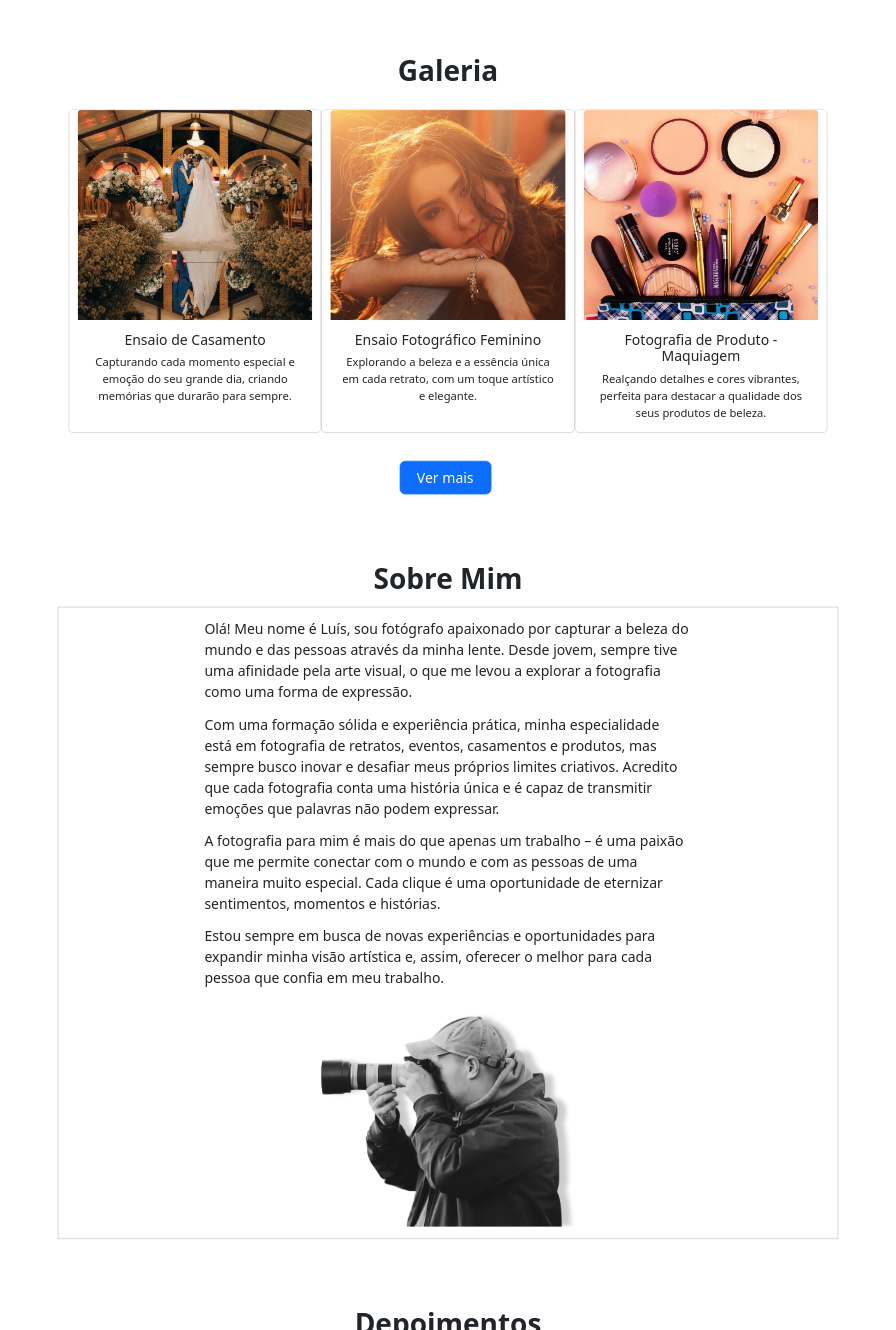
Repository: Marinalr-25/portifolio-fotografia
Page: index.html
These files come from the project's save history. The page is drawn as it stood at one moment and after the next save; the edit follows.
The browser window is 1280 px wide. The pictures show the part of the page from y = 556 to 2456 px (the page is 2825 px tall before and 3287 px after), at 70% of full size.
A picture or video elsewhere on the page could not be fetched, so the positions and the page height are approximate.

Above is the page before, as saved 2025-01-19 21:27:20.

### index.html
<!DOCTYPE html>
<html lang="pt-BR" data-bs-theme="dark">
  <head>
    <meta charset="utf-8" />
    <meta name="viewport" content="width=device-width, initial-scale=1" />
    <title>Portifolio Fotográfia</title>
    <link
      href="https://cdn.jsdelivr.net/npm/bootstrap@5.3.3/dist/css/bootstrap.min.css"
      rel="stylesheet"
      integrity="sha384-QWTKZyjpPEjISv5WaRU9OFeRpok6YctnYmDr5pNlyT2bRjXh0JMhjY6hW+ALEwIH"
      crossorigin="anonymous"
    />
    <!-- Bootstrap Icons -->
    <link
      href="https://cdn.jsdelivr.net/npm/bootstrap-icons/font/bootstrap-icons.css"
      rel="stylesheet"
    />
    <link rel="stylesheet" href="css/style.css" />
  </head>
  <body>
    <!-- Header -->
    <div class="container">
      <header
        class="d-flex flex-wrap justify-content-center py-3 mb-4 border-bottom fixed-top header header-light"
      >
        <a
          href="/"
          class="d-flex align-items-center mb-3 mb-md-0 me-md-auto link-body-emphasis text-decoration-none"
        >
          <svg
            xmlns="http://www.w3.org/2000/svg"
            width="40"
            height="32"
            class="d-block m-4 my-1 m"
            viewBox="0 0 118 94"
            role="img"
          >
            <title>Bootstrap</title>
            <path
              fill-rule="evenodd"
              clip-rule="evenodd"
              d="M24.509 0c-6.733 0-11.715 5.893-11.492 12.284.214 6.14-.064 14.092-2.066 20.577C8.943 39.365 5.547 43.485 0 44.014v5.972c5.547.529 8.943 4.649 10.951 11.153 2.002 6.485 2.28 14.437 2.066 20.577C12.794 88.106 17.776 94 24.51 94H93.5c6.733 0 11.714-5.893 11.491-12.284-.214-6.14.064-14.092 2.066-20.577 2.009-6.504 5.396-10.624 10.943-11.153v-5.972c-5.547-.529-8.934-4.649-10.943-11.153-2.002-6.484-2.28-14.437-2.066-20.577C105.214 5.894 100.233 0 93.5 0H24.508zM80 57.863C80 66.663 73.436 72 62.543 72H44a2 2 0 01-2-2V24a2 2 0 012-2h18.437c9.083 0 15.044 4.92 15.044 12.474 0 5.302-4.01 10.049-9.119 10.88v.277C75.317 46.394 80 51.21 80 57.863zM60.521 28.34H49.948v14.934h8.905c6.884 0 10.68-2.772 10.68-7.727 0-4.643-3.264-7.207-9.012-7.207zM49.948 49.2v16.458H60.91c7.167 0 10.964-2.876 10.964-8.281 0-5.406-3.903-8.178-11.425-8.178H49.948z"
              fill="currentColor"
            ></path>
          </svg>
          <span class="fs-4">Fotográfo Bootstrap</span>
        </a>

        <ul class="nav nav-pills">
          <li class="nav-item">
            <a href="#home" class="nav-link active" aria-current="page">Home</a>
          </li>
          <li class="nav-item">
            <a href="#galeria" class="nav-link">Galeria</a>
          </li>
          <li class="nav-item">
            <a href="#sobre" class="nav-link">Sobre mim</a>
          </li>
          <li class="nav-item">
            <a href="#servicos" class="nav-link">Serviços</a>
          </li>
          <li class="nav-item">
            <a href="#contato" class="nav-link">Contato</a>
          </li>
          <button id="toggleThemeBtn" class="btn btn-light me-3">
            <i id="themeIcon" class="bi bi-brightness-high"></i>
          </button>
        </ul>
      </header>
    </div>

    <!-- Hero -->
    <div id="home" class="container col-xxl-8 px-4 py-5">
      <div class="row flex-lg-row-reverse align-items-center g-5 py-5">
        <div class="col-10 col-sm-8 col-lg-6">
          <img
            src="src/fotografiaHero.jpg"
            class="d-block mx-lg-auto img-fluid img-hero"
            alt="Bootstrap Themes"
            width="700"
            height="500"
            loading="lazy"
          />
        </div>
        <div class="col-lg-6">
          <h1 class="fw-bold text-body-emphasis lh-1 mb-3">
            Capturando Momentos, Criando Memórias
          </h1>
          <p class="lead">
            Com uma abordagem única e criativa, busco capturar a essência de
            cada cena e emoção. Meu trabalho é uma mistura de técnica, paixão e
            sensibilidade. Através da minha lente, tento criar imagens que falam
            por si mesmas.
          </p>
          <div class="d-grid gap-2 d-md-flex justify-content-md-start">
            <button type="button" class="btn btn-primary btn-lg px-4 me-md-2">
              Veja meu trabalho
            </button>
            <button type="button" class="btn btn-outline-secondary btn-lg px-4">
              Entre em Contato
            </button>
          </div>
        </div>
      </div>
    </div>

    <!-- Galeria -->
    <div id="galeria" class="container col-xxl-8 px-4 py-5 p-4 text-center">
      <h1 class="fw-bold mb-3">Galeria</h1>
      <div class="row p-3">
        <div class="card col-lg-4 col-12 mb-4">
          <img
            src="src/casamento.webp"
            class="card-img-top"
            alt="ensaio fotografico de casamento"
          />
          <div class="card-body">
            <h5 class="card-title">Ensaio de Casamento</h5>
            <p class="card-text">
              Capturando cada momento especial e emoção do seu grande dia,
              criando memórias que durarão para sempre.
            </p>
          </div>
        </div>
        <div class="card col-lg-4 col-12 mb-4">
          <img
            src="src/ensaiofotografico.jpeg"
            class="card-img-top"
            alt="ensaio fotografico de uma mulher"
          />
          <div class="card-body">
            <h5 class="card-title">Ensaio Fotográfico Feminino</h5>
            <p class="card-text">
              Explorando a beleza e a essência única em cada retrato, com um
              toque artístico e elegante.
            </p>
          </div>
        </div>
        <div class="card col-lg-4 col-12 mb-4">
          <img
            src="src/maquiagem.jpg"
            class="card-img-top"
            alt="ensaio fotografico de produto (maquiagem)"
          />
          <div class="card-body">
            <h5 class="card-title">Fotografia de Produto - Maquiagem</h5>
            <p class="card-text">
              Realçando detalhes e cores vibrantes, perfeita para destacar a
              qualidade dos seus produtos de beleza.
            </p>
          </div>
        </div>
      </div>
      <button type="button" class="btn btn-primary btn-lg px-4 me-md-2">
        Ver mais
      </button>
    </div>

    <!-- Sobre mim -->
    <div id="sobre" class="container px-4 py-5">
      <div class="row justify-content-center align-items-center">
        <h1 class="fw-bold mb-3 text-center">Sobre Mim</h1>
        <div
          class="row p-3 gap-3 border border-2 d-flex justify-content-center align-items-center"
        >
          <div class="col-lg-8 pe-3">
            <p class="lead">
              Olá! Meu nome é Luís, sou fotógrafo apaixonado por capturar a
              beleza do mundo e das pessoas através da minha lente. Desde jovem,
              sempre tive uma afinidade pela arte visual, o que me levou a
              explorar a fotografia como uma forma de expressão.
            </p>
            <p class="lead">
              Com uma formação sólida e experiência prática, minha especialidade
              está em fotografia de retratos, eventos, casamentos e produtos,
              mas sempre busco inovar e desafiar meus próprios limites
              criativos. Acredito que cada fotografia conta uma história única e
              é capaz de transmitir emoções que palavras não podem expressar.
            </p>
            <p class="lead">
              A fotografia para mim é mais do que apenas um trabalho – é uma
              paixão que me permite conectar com o mundo e com as pessoas de uma
              maneira muito especial. Cada clique é uma oportunidade de
              eternizar sentimentos, momentos e histórias.
            </p>
            <p class="lead">
              Estou sempre em busca de novas experiências e oportunidades para
              expandir minha visão artística e, assim, oferecer o melhor para
              cada pessoa que confia em meu trabalho.
            </p>
          </div>
          <div class="fotografo"></div>
        </div>
      </div>
    </div>

    <!-- Clientes -->
    <div id="clientes" class="container col-xxl-8 px-4 py-5 py-3">
      <div class="col mx-auto">
        <h1 class="fw-bold text-center mb-5">Depoimentos</h1>
        <div class="row">
          <div class="col-lg-4 text-center">
            <h3>Luana Silva</h3>
            <div class="mb-2">
              <i class="bi bi-star-fill estrela"></i>
              <i class="bi bi-star-fill estrela"></i>
              <i class="bi bi-star-fill estrela"></i>
              <i class="bi bi-star-fill estrela"></i>
              <i class="bi bi-star-fill estrela"></i>
            </div>

            <p>
              O trabalho do Luís foi simplesmente incrível no nosso grande dia.
              Cada foto reflete nossa felicidade e amor, e temos as imagens mais
              lindas para recordar o nosso casamento. Estamos muito gratos pela
              sua dedicação e olhar atento aos detalhes!
            </p>
          </div>
          <div class="col-lg-4 text-center">
            <h3>Gabrielly Carvalho</h3>
            <div class="mb-2">
              <i class="bi bi-star-fill estrela"></i>
              <i class="bi bi-star-fill estrela"></i>
              <i class="bi bi-star-fill estrela"></i>
              <i class="bi bi-star-fill estrela"></i>
              <i class="bi bi-star-fill estrela"></i>
            </div>
            <p>
              Ele criou um ambiente descontraído e confortável, fazendo com que
              me sentisse à vontade diante das câmeras. O resultado foi
              surpreendente, e as fotos capturaram exatamente quem eu sou.
              Recomendo muito o trabalho dele para quem quer algo único e cheio
              de emoção
            </p>
          </div>
          <div class="col-lg-4 text-center">
            <h3>Aline Santos</h3>
            <div class="mb-2">
              <i class="bi bi-star-fill estrela"></i>
              <i class="bi bi-star-fill estrela"></i>
              <i class="bi bi-star-fill estrela"></i>
              <i class="bi bi-star-fill estrela"></i>
              <i class="bi bi-star-fill estrela"></i>
            </div>
            <p>
              Contratei para fazer as fotos dos meus produtos e fiquei
              impressionado com a qualidade e atenção aos detalhes. As fotos
              realmente destacaram a beleza dos meus produtos. Com certeza
              continuarei trabalhando com ele em futuros projetos!
            </p>
          </div>
        </div>
      </div>
    </div>

    <script
      src="https://cdn.jsdelivr.net/npm/@popperjs/core@2.11.8/dist/umd/popper.min.js"
      integrity="sha384-I7E8VVD/ismYTF4hNIPjVp/Zjvgyol6VFvRkX/vR+Vc4jQkC+hVqc2pM8ODewa9r"
      crossorigin="anonymous"
    ></script>
    <script
      src="https://cdn.jsdelivr.net/npm/bootstrap@5.3.3/dist/js/bootstrap.min.js"
      integrity="sha384-0pUGZvbkm6XF6gxjEnlmuGrJXVbNuzT9qBBavbLwCsOGabYfZo0T0to5eqruptLy"
      crossorigin="anonymous"
    ></script>
    <script src="js/script.js"></script>
  </body>
</html>

### css/style.css
/* Style Bootstrap */

.bd-placeholder-img {
  font-size: 1.125rem;
  text-anchor: middle;
  -webkit-user-select: none;
  -moz-user-select: none;
  user-select: none;
}

@media (min-width: 768px) {
  .bd-placeholder-img-lg {
    font-size: 3.5rem;
  }
}

.b-example-divider {
  width: 100%;
  height: 3rem;
  background-color: rgba(0, 0, 0, 0.1);
  border: solid rgba(0, 0, 0, 0.15);
  border-width: 1px 0;
  box-shadow: inset 0 0.5em 1.5em rgba(0, 0, 0, 0.1),
    inset 0 0.125em 0.5em rgba(0, 0, 0, 0.15);
}

.b-example-vr {
  flex-shrink: 0;
  width: 1.5rem;
  height: 100vh;
}

.bi {
  vertical-align: -0.125em;
  fill: currentColor;
}

.nav-scroller {
  position: relative;
  z-index: 2;
  height: 2.75rem;
  overflow-y: hidden;
}

.nav-scroller .nav {
  display: flex;
  flex-wrap: nowrap;
  padding-bottom: 1rem;
  margin-top: -1px;
  overflow-x: auto;
  text-align: center;
  white-space: nowrap;
  -webkit-overflow-scrolling: touch;
}

.btn-bd-primary {
  --bd-violet-bg: #712cf9;
  --bd-violet-rgb: 112.520718, 44.062154, 249.437846;

  --bs-btn-font-weight: 600;
  --bs-btn-color: var(--bs-white);
  --bs-btn-bg: var(--bd-violet-bg);
  --bs-btn-border-color: var(--bd-violet-bg);
  --bs-btn-hover-color: var(--bs-white);
  --bs-btn-hover-bg: #6528e0;
  --bs-btn-hover-border-color: #6528e0;
  --bs-btn-focus-shadow-rgb: var(--bd-violet-rgb);
  --bs-btn-active-color: var(--bs-btn-hover-color);
  --bs-btn-active-bg: #5a23c8;
  --bs-btn-active-border-color: #5a23c8;
}

.bd-mode-toggle {
  z-index: 1500;
}

.bd-mode-toggle .dropdown-menu .active .bi {
  display: block !important;
}

/* CSS próprio */

/* Header */
.header-light {
  background-color: #fff;
  color: #000;
}

.header-dark {
  background-color: #212529;
  color: #fff;
}

/* Hero */
.img-hero {
  width: 1000px;
}

/* Galeria */
.card-img-top {
  width: 100%;
  height: 300px;
  object-fit: cover;
}

/* sobre mim */
.fotografo {
  background-image: url(/src/fotografosombracortada.png);
  background-position: center;
  background-repeat: no-repeat;
  background-size: contain;
  width: 364px;
  height: 308px;
}

/* Clientes */
.estrela {
  color: #ffcc00;
}

### js/script.js
const toggleThemeBtn = document.getElementById('toggleThemeBtn');
const themeIcon = document.getElementById('themeIcon');
const header = document.querySelector('.header');
const body = document.body;

// Função para definir o ícone, tema e a classe do botão ao carregar a página
function setInitialTheme() {
  if (body.getAttribute('data-bs-theme') === 'dark') {
    themeIcon.classList.remove('bi-brightness-high');
    themeIcon.classList.add('bi-moon-stars-fill');
    toggleThemeBtn.classList.remove('btn-light');
    toggleThemeBtn.classList.add('btn-dark');
  } else {
    body.setAttribute('data-bs-theme', 'light');
    themeIcon.classList.remove('bi-moon-stars-fill');
    themeIcon.classList.add('bi-brightness-high');
    toggleThemeBtn.classList.remove('btn-dark');
    toggleThemeBtn.classList.add('btn-light');
  }
}

// Definir o tema inicial ao carregar
setInitialTheme();

toggleThemeBtn.addEventListener('click', () => {
  if (body.getAttribute('data-bs-theme') === 'dark') {
    body.setAttribute('data-bs-theme', 'light');
    themeIcon.classList.remove('bi-moon-stars-fill');
    themeIcon.classList.add('bi-brightness-high');
    header.classList.remove('header-dark');
    header.classList.add('header-light');
    toggleThemeBtn.classList.remove('btn-dark');
    toggleThemeBtn.classList.add('btn-light');
  } else {
    body.setAttribute('data-bs-theme', 'dark');
    themeIcon.classList.remove('bi-brightness-high');
    themeIcon.classList.add('bi-moon-stars-fill');
    header.classList.remove('header-light');
    header.classList.add('header-dark');
    toggleThemeBtn.classList.remove('btn-light');
    toggleThemeBtn.classList.add('btn-dark');
  }
});

After the next save:
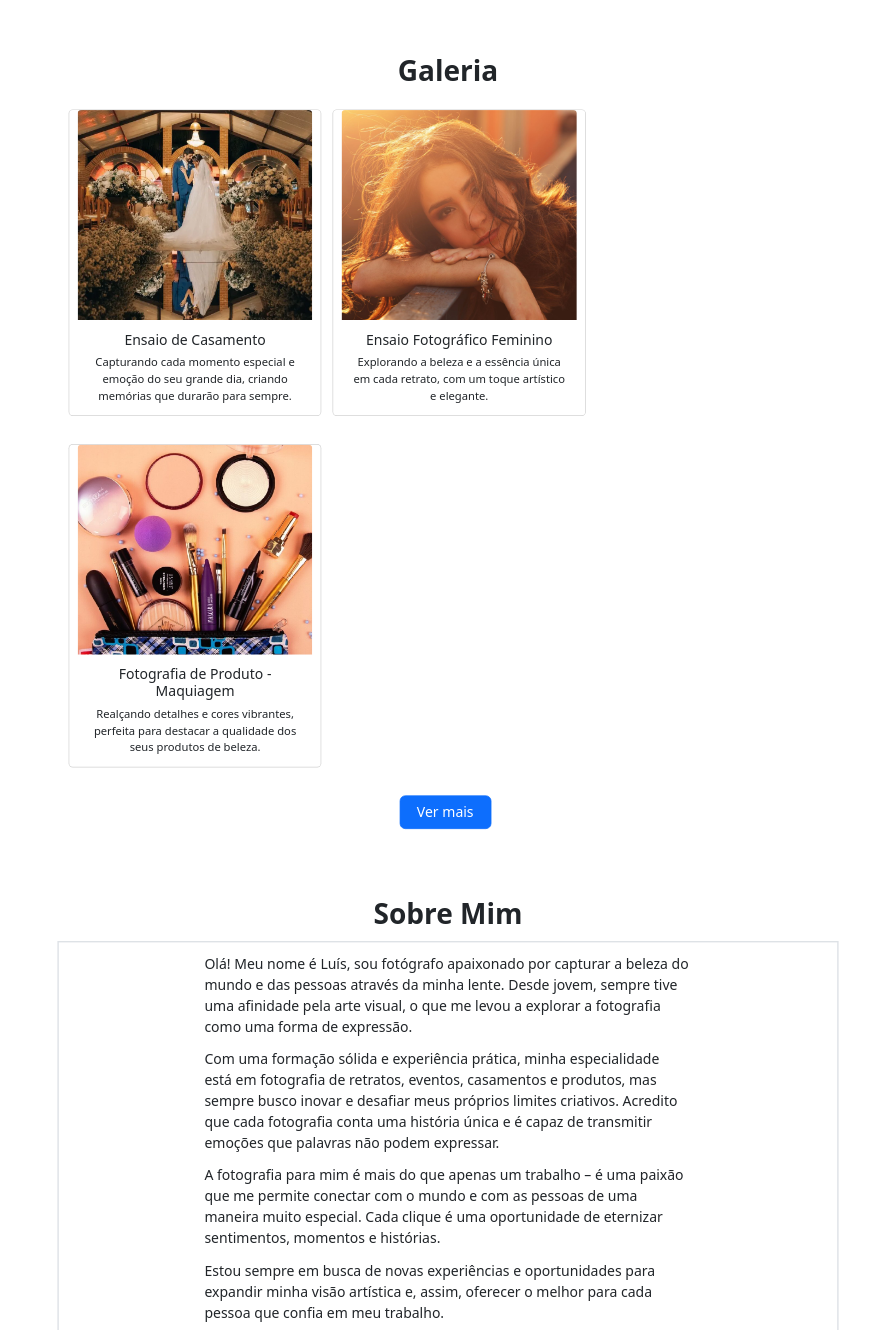
Saved 15 s later.
--- a/index.html
+++ b/index.html
@@ -107,7 +107,7 @@
     <!-- Galeria -->
     <div id="galeria" class="container col-xxl-8 px-4 py-5 p-4 text-center">
       <h1 class="fw-bold mb-3">Galeria</h1>
-      <div class="row p-3">
+      <div class="row p-3 gap-3">
         <div class="card col-lg-4 col-12 mb-4">
           <img
             src="src/casamento.webp"
@@ -161,7 +161,7 @@
       <div class="row justify-content-center align-items-center">
         <h1 class="fw-bold mb-3 text-center">Sobre Mim</h1>
         <div
-          class="row p-3 gap-3 border border-2 d-flex justify-content-center align-items-center"
+          class="row p-3 border border-2 d-flex justify-content-center align-items-center"
         >
           <div class="col-lg-8 pe-3">
             <p class="lead">
